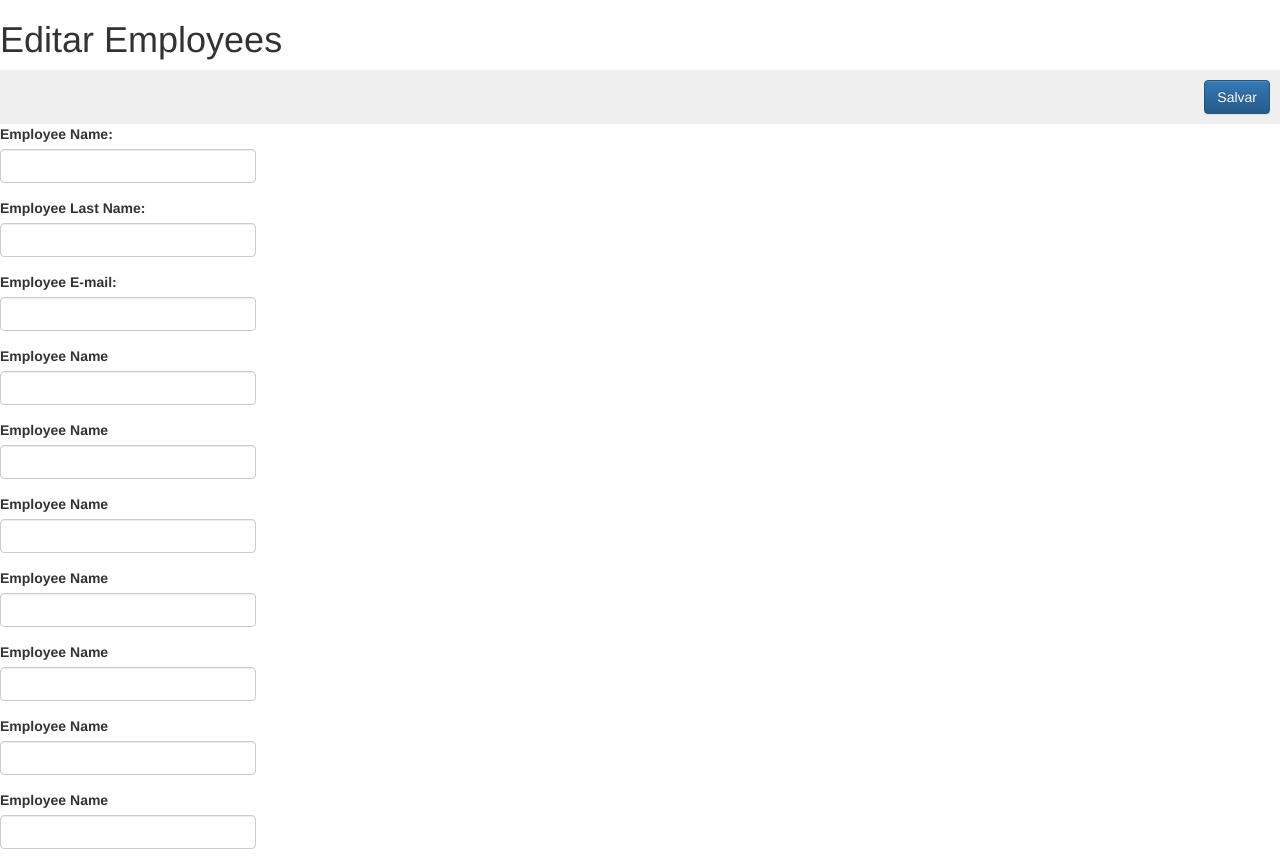
Repository: tiagoferezin/faculdadeCodigos
Page: http://localhost/Proj4-1sem2015/WEB-INF/jsp/employees/editar.jsp
An editor plug-in stored every save of this project. The page is shown before and after the next save, followed by the edit.
The browser window is 1280 px wide. The pictures show the whole page.
The page is served by Tomcat 9. Nobody is signed in. Other server files are loaded and not shown. The template is opened directly, without the code that normally fills it, so the values that code supplies are empty.

Above is the page before, as saved 2015-05-20 04:34:20.
Console error (its wording comes from the project's code and is left out).

### Proj4-1sem2015/WebContent/WEB-INF/jsp/employees/editar.jsp
<%@ page language="java" contentType="text/html; charset=ISO-8859-1"
	pageEncoding="ISO-8859-1"%>

<%@ taglib uri="http://java.sun.com/jsp/jstl/fmt" prefix="fmt"%>

<!DOCTYPE html PUBLIC "-//W3C//DTD HTML 4.01 Transitional//EN" "http://www.w3.org/TR/html4/loose.dtd">
<html>
<head>
<meta http-equiv="Content-Type" content="text/html; charset=ISO-8859-1">
<style type="text/css">
.acoes {
	width: 100%;
	background-color: #EFEFEF;
	text-align: right;
	padding: 10px;
}

.form-group.div20 {
	width: 20%;
}
</style>

<title>Editar Employee</title>

<!-- Latest compiled and minified CSS -->
<link rel="stylesheet"
	href="./plugins/bootstrap-3.3.4-dist/css/bootstrap.min.css">

<!-- Optional theme -->
<link rel="stylesheet"
	href="./plugins/bootstrap-3.3.4-dist/css/bootstrap-theme.min.css">

<!-- Latest compiled and minified JavaScript -->
<script src="./plugins/bootstrap-3.3.4-dist/js/bootstrap.min.js"></script>

</head>
<body>
	<h1>Editar Employees</h1>

	<form action="./regions?logica=salvar" method="post">

		<!-- inserir esta parte nas outras areas -->

		<input type="hidden" id="txtEmployeeId" name="employeeId"
			value="${employees.employeeId}" />

		<div class="acoes">

			<button type="submit" class="btn btn-primary">Salvar</button>

		</div>


		<div class="form-group div20">

			<label for="txtFirstName">Employee Name: </label> <input
				type="text" id="txtFirstName" name="firstName" class="form-control"
				value="${employees.firstName}" />
		</div>

		<div class="form-group div20">

			<label for="txtLastName">Employee Last Name: </label> <input
				type="text" id="txtLastName" name="lastName" class="form-control"
				value="${employees.lastName}" />
		</div>

		<div class="form-group div20">

			<label for="txtEmail">Employee E-mail: </label> <input
				type="text" id="txtEmail" name="email" class="form-control"
				value="${employees.email}" />
		</div>

		<div class="form-group div20">

			<label for="txtEmployeeName">Employee Name </label> <input
				type="text" id="txtFirstName" name="firstName" class="form-control"
				value="${employees.firstName}" />
		</div>

		<div class="form-group div20">

			<label for="txtEmployeeName">Employee Name </label> <input
				type="text" id="txtFirstName" name="firstName" class="form-control"
				value="${employees.firstName}" />
		</div>

		<div class="form-group div20">

			<label for="txtEmployeeName">Employee Name </label> <input
				type="text" id="txtFirstName" name="firstName" class="form-control"
				value="${employees.firstName}" />
		</div>

		<div class="form-group div20">

			<label for="txtEmployeeName">Employee Name </label> <input
				type="text" id="txtFirstName" name="firstName" class="form-control"
				value="${employees.firstName}" />
		</div>

		<div class="form-group div20">

			<label for="txtEmployeeName">Employee Name </label> <input
				type="text" id="txtFirstName" name="firstName" class="form-control"
				value="${employees.firstName}" />
		</div>

		<div class="form-group div20">

			<label for="txtEmployeeName">Employee Name </label> <input
				type="text" id="txtFirstName" name="firstName" class="form-control"
				value="${employees.firstName}" />
		</div>

		<div class="form-group div20">

			<label for="txtEmployeeName">Employee Name </label> <input
				type="text" id="txtFirstName" name="firstName" class="form-control"
				value="${employees.firstName}" />
		</div>


	</form>
</body>
</html>

Loaded but not shown: Proj4-1sem2015/WebContent/plugins/bootstrap-3.3.4-dist/css/bootstrap.min.css (library); Proj4-1sem2015/WebContent/plugins/bootstrap-3.3.4-dist/css/bootstrap-theme.min.css (library); Proj4-1sem2015/WebContent/plugins/bootstrap-3.3.4-dist/js/bootstrap.min.js (library)

After the next save:
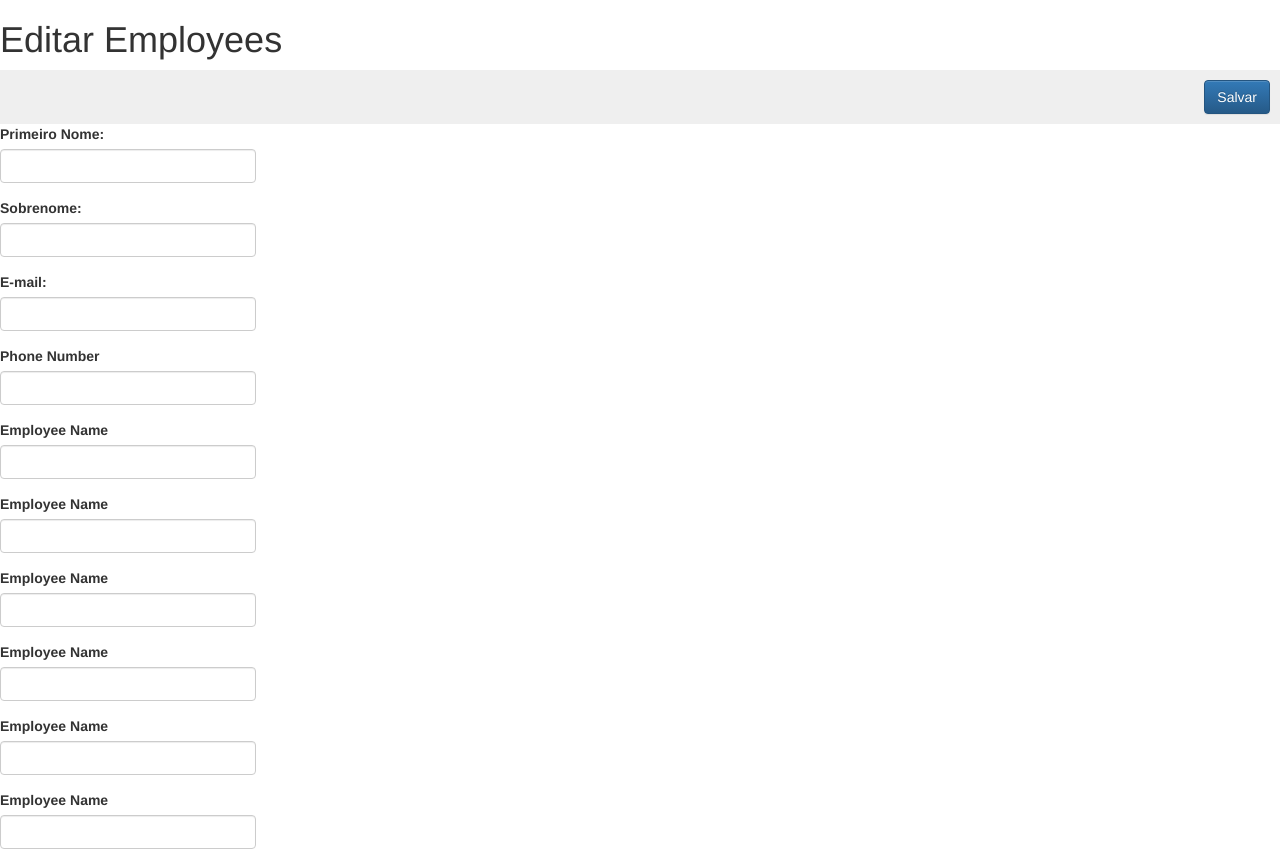
Saved 3 min 11 s later.
--- a/Proj4-1sem2015/WebContent/WEB-INF/jsp/employees/editar.jsp
+++ b/Proj4-1sem2015/WebContent/WEB-INF/jsp/employees/editar.jsp
@@ -53,28 +53,28 @@
 
 		<div class="form-group div20">
 
-			<label for="txtFirstName">Employee Name: </label> <input
+			<label for="txtFirstName">Primeiro Nome: </label> <input
 				type="text" id="txtFirstName" name="firstName" class="form-control"
 				value="${employees.firstName}" />
 		</div>
 
 		<div class="form-group div20">
 
-			<label for="txtLastName">Employee Last Name: </label> <input
+			<label for="txtLastName">Sobrenome: </label> <input
 				type="text" id="txtLastName" name="lastName" class="form-control"
 				value="${employees.lastName}" />
 		</div>
 
 		<div class="form-group div20">
 
-			<label for="txtEmail">Employee E-mail: </label> <input
+			<label for="txtEmail">E-mail: </label> <input
 				type="text" id="txtEmail" name="email" class="form-control"
 				value="${employees.email}" />
 		</div>
 
 		<div class="form-group div20">
 
-			<label for="txtEmployeeName">Employee Name </label> <input
+			<label for="txtPhoneNumber">Phone Number </label> <input
 				type="text" id="txtFirstName" name="firstName" class="form-control"
 				value="${employees.firstName}" />
 		</div>
